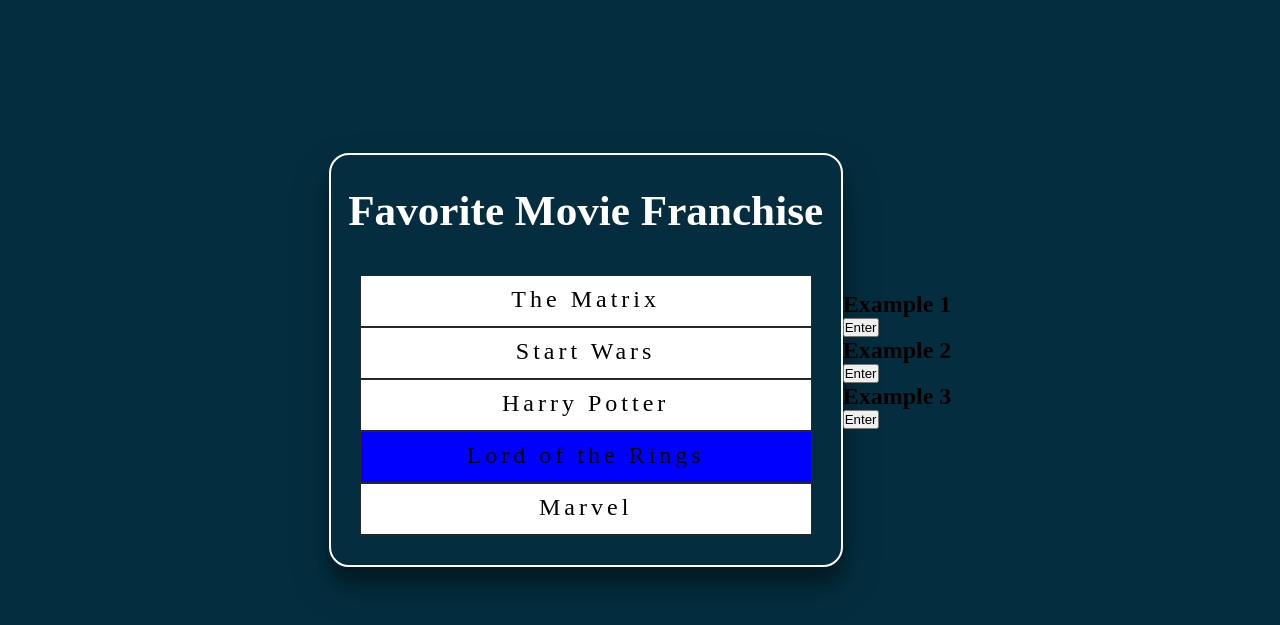
Repository: Ellisvelandia/DOM-Manipulation
Page: index.html
The author's editor kept a copy of each file at every save. The page is drawn from the files as they stood at one save, then again after the next save.
The browser window is 1280 px wide. The pictures show the whole page.

Above is the page before, as saved 2022-08-22 16:35:00.

After the next save:
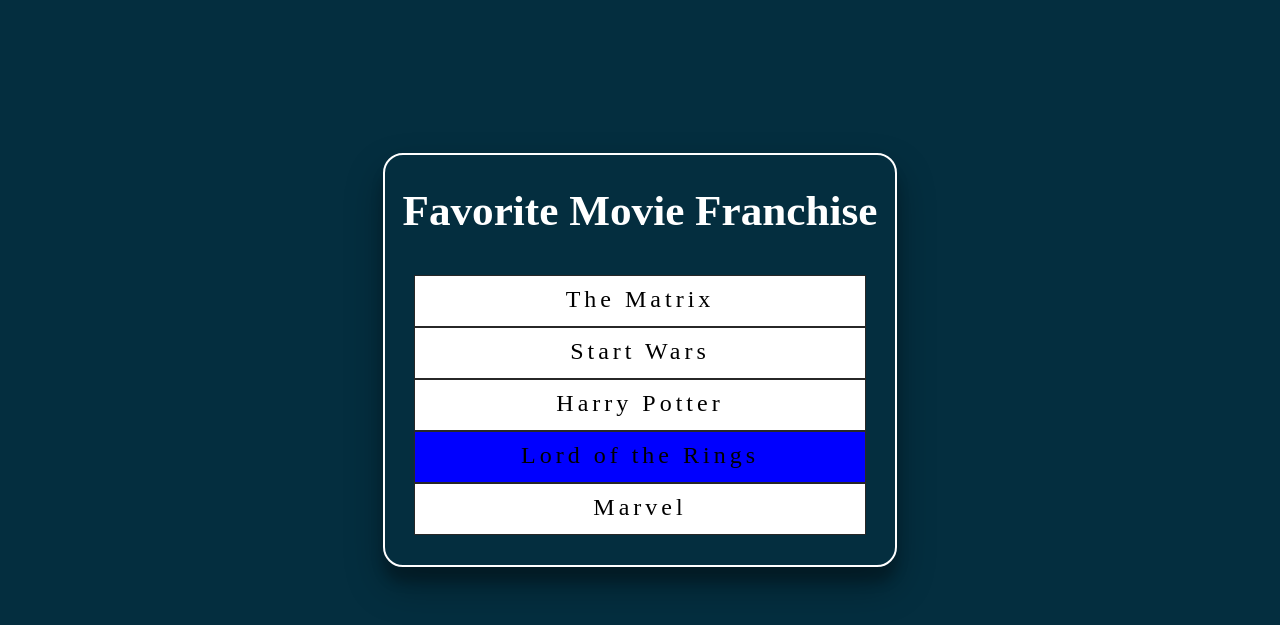
Saved 7 s later.
--- a/index.html
+++ b/index.html
@@ -19,23 +19,7 @@
       </ul>
     </div>
 
- <section>
-
-  <div class="container_event_listener">
-    <div class="boxes box-1">
-      <h1 id="heading">Example 1</h1>
-      <button onclick="alert('I love Javascript')">Enter</button>
-    </div>
-    <div class="boxes box-2">
-      <h1 id="heading">Example 2</h1>
-      <button class="btn-2">Enter</button>
-    </div>
-    <div class="boxes box-3">
-      <h1 id="heading">Example 3</h1>
-      <button class="btn-3">Enter</button>
-    </div>
-  </div>
- </section>
+ <section></section>
 
     <script src="app.js"></script>
   </body>
